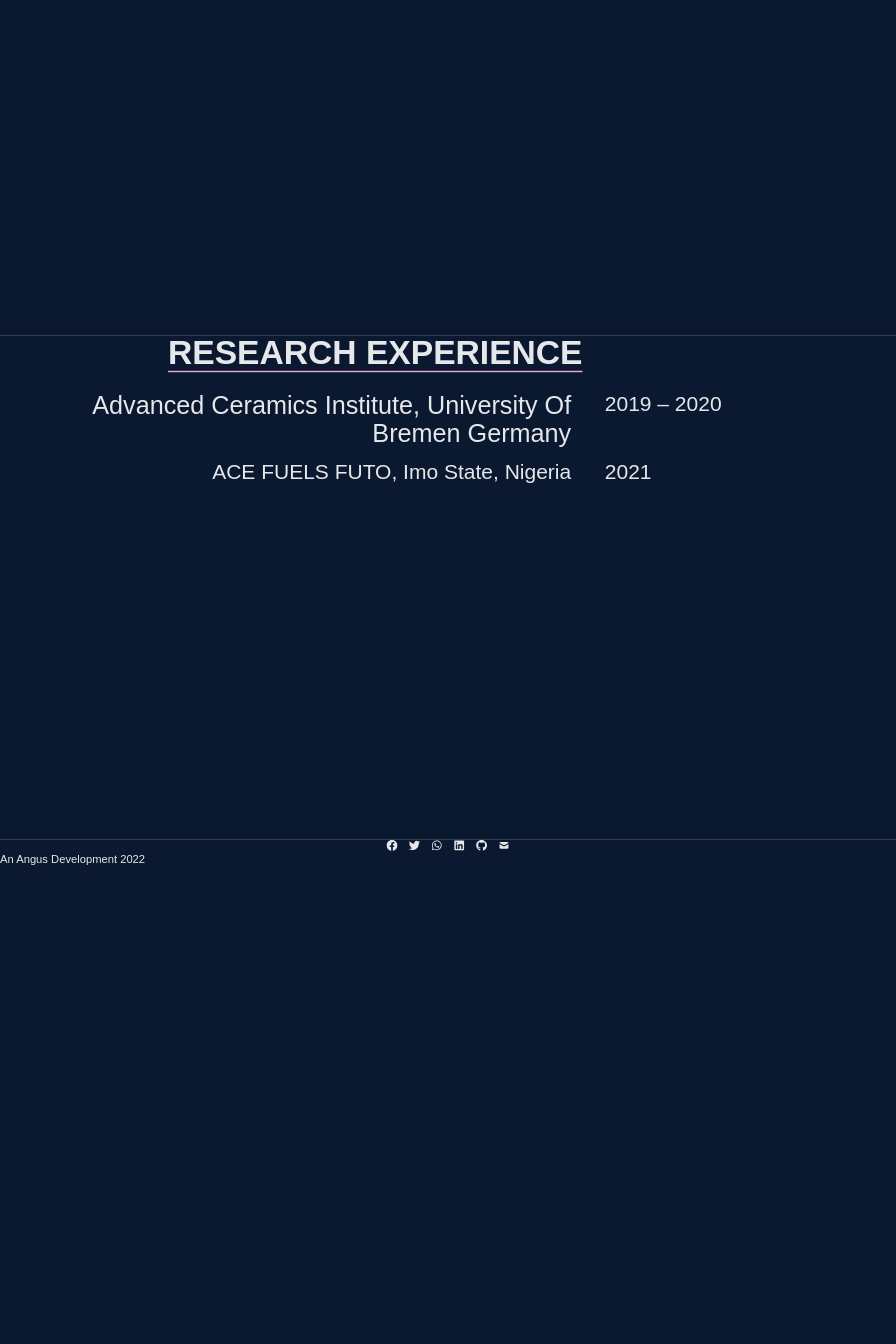
Repository: AngusOnyebuchi/AngusOnyebuchi.github.io
Page: /
An editor plug-in stored every save of this project. The page is shown before and after the next save, followed by the edit.
The browser window is 1280 px wide. The pictures show the part of the page from y = 1054 to 2974 px (the page is 2974 px tall), at 70% of full size.
The project was rebuilt for these pictures with package versions that can differ from the ones it lists, and the page was loaded fresh each time.

Above is the page before, as saved 2022-04-17 20:43:13.

### public/index.html
<!DOCTYPE html>
<html lang="en">
  <head>
    <meta charset="utf-8" />
    <link rel="icon" href="%PUBLIC_URL%/favicon.ico" />
    <meta name="viewport" content="width=device-width, initial-scale=1" />
    <meta name="theme-color" content="#000000" />
    <meta
      name="description"
      content="Web site created using create-react-app"
    />
    <link rel="apple-touch-icon" href="%PUBLIC_URL%/logo192.png" />
    <!--
      manifest.json provides metadata used when your web app is installed on a
      user's mobile device or desktop. See https://developers.google.com/web/fundamentals/web-app-manifest/
    -->
    <link rel="manifest" href="%PUBLIC_URL%/manifest.json" />
    <!--
      Notice the use of %PUBLIC_URL% in the tags above.
      It will be replaced with the URL of the `public` folder during the build.
      Only files inside the `public` folder can be referenced from the HTML.

      Unlike "/favicon.ico" or "favicon.ico", "%PUBLIC_URL%/favicon.ico" will
      work correctly both with client-side routing and a non-root public URL.
      Learn how to configure a non-root public URL by running `npm run build`.
    -->
    <title>Angus CV </title>
  </head>
  <body>
    <noscript>You need to enable JavaScript to run this app.</noscript>
    <div id="root"></div>
    <!--
      This HTML file is a template.
      If you open it directly in the browser, you will see an empty page.

      You can add webfonts, meta tags, or analytics to this file.
      The build step will place the bundled scripts into the <body> tag.

      To begin the development, run `npm start` or `yarn start`.
      To create a production bundle, use `npm run build` or `yarn build`.
    -->
  </body>
</html>

### src/index.js
import React from "react";
import ReactDOM from "react-dom";
import "./style.css"
import App from "./App";

ReactDOM.render(<App/>, document.getElementById("root"))

### src/style.css
@tailwind base;
@tailwind components;
@tailwind utilities;

@layer base {
    body{
        @apply font-[Sans-serif];
    }
    li {
        @apply px-4;
        @apply cursor-pointer;
    }
}

### src/App.js
import React from "react";
import Home from "./components/Home"
import Education from "./components/Education";
import Experience from "./components/Experience";
import NavBar from "./components/NavBar";
import Contact from "./components/Contact";


export default function App() {
  return (
    <div>
      <NavBar/>
      <Home/>
      <Education/>
      <Experience/>
      <Contact/>
    </div>
  )
}

### src/components/Home.js
import React from "react";
import {FaWhatsapp, FaLocationArrow, FaSearchLocation} from "react-icons/fa"
import {HiOutlineMail} from "react-icons/hi"

export default function Home() {
    return (
        <div className="w-full h-screen p-4 bg-[#0a192f] text-gray-200">
            <h1 className="text-4xl md:text-6xl font-bold uppercase pt-24 text-center text-gray-50">Maduabuchi Angus Modum</h1>
            <h3 className="text-xl md:text-3xl font-bold uppercase pt-8 text-center">Chemist  |  Frontend Developer  |  Graphics Designer</h3>
            <p className="font-bold text-center justify-center text-lg md:text-xl max-w-[1200px] mx-12 mt-4">I strive to be the best, obtain hands-on-deck skills,
                to work tirelessly towards the growth, development and success of the organization and to make sure my impact
                as a professional is felt positively in the day to day activities of the organization.</p>

        </div>
    )
}

### src/components/Education.js
import React from "react";

export default function Education() {
    return(
        <div className="bg-[#0a192f] w-full h-screen text-gray-200">
            <h1 className="text-3xl md:text-5xl font-bold uppercase pt-24 text-center text-gray-200 inline border-b-2 border-pink-300 ml-24 sm:ml-64">Education</h1>
            <div className="grid grid-cols-3 gap-12 mx-16 pt-8 ">
                <h3 className="capitalize text-xl md:text-4xl text-right col-span-2">Federal university of technology owerri, Imo state</h3>
                <h4 className="text-lg md:text-3xl ">2015 – 2021</h4>
            </div>
            <div className="grid grid-cols-3 gap-12 mx-16 pt-4">
                <h3 className="capitalize text-xl md:text-4xl text-right col-span-2">Bachelor of Science (BSc.) in Chemistry</h3>
                <h4 className="text-lg md:text-3xl ">First Class (Honours)</h4>
            </div>
        </div>
    )
}

### src/components/Experience.js
import React from "react";

export default function Experience() {
    return(
        <div className="bg-[#0a192f] w-full h-screen text-gray-200">
            <h1 className="text-3xl md:text-5xl font-bold uppercase pt-24 text-center text-gray-200 inline border-b-2 border-pink-300 ml-12 sm:ml-60">research experience</h1>
            <div className="grid grid-cols-3 gap-12 mx-16 pt-8 ">
                <h3 className="capitalize text-xl md:text-4xl text-right col-span-2">Advanced Ceramics Institute, University of Bremen Germany</h3>
                <h4 className="text-lg md:text-3xl ">2019 – 2020</h4>
            </div>
            <div className="grid grid-cols-3 gap-12 mx-16 pt-4">
                <h3 className="capitalize text-xl md:text-3xl text-right col-span-2">ACE FUELS FUTO, Imo state, Nigeria</h3>
                <h4 className="text-lg md:text-3xl ">2021</h4>
            </div>
        </div>
    )
}

### src/components/NavBar.js
import React, {useState} from "react";
import {FaTimes, FaBars} from "react-icons/fa"

export default function NavBar() {

    const [nav, setNav] = useState(true)
    const toggle = () => setNav(!nav)

    return(
        <div className="bg-[#0a192f] text-white w-full p-8 flex justify-between items-center border-b-2 border-pink-300">
            <h1 className="uppercase text-lg">Angus CV</h1>

            <ul className=" hidden sm:flex justify-between">
                <li className="hover:border-b-2 border-pink-300 ">Home</li>
                <li className="hover:border-b-2 border-pink-300 ">Education</li>
                <li className="hover:border-b-2 border-pink-300 ">Experience</li>
                <li className="hover:border-b-2 border-pink-300 ">Footer</li>
            </ul>

            {/** Mobile list */}
            <div onClick={toggle} className="sm:hidden z-10">
                {nav ? <FaBars/> : <FaTimes/>}
            </div>
            <ul className={nav ? 'hidden' : 'absolute top-0 left-0 w-full h-screen bg-inherit flex flex-col justify-center items-center my-8 sm:hidden'}>
                    <li>Home</li>
                    <li>Education</li>
                    <li>Experience</li>
                    <li>Footer</li>
            </ul>
        </div>
    )
}

### src/components/Contact.js
import React from "react";
import {FaWhatsapp, FaLinkedin, FaTwitter, FaFacebook, FaGithub} from "react-icons/fa"
import {HiMail} from "react-icons/hi"

export default function Contact() {
    return(
        <div className="bg-[#0a192f] w-full h-screen text-gray-200">

            <div className="flex justify-center gap-4">
                <FaFacebook/>
                <FaTwitter/>
                <FaWhatsapp/>
                <FaLinkedin/>
                <FaGithub/>
                <HiMail/>
            </div>
            <p>An Angus Development 2022</p>
        </div>
    )
}

Loaded but not shown: tailwind.config.js (common file)

After the next save:
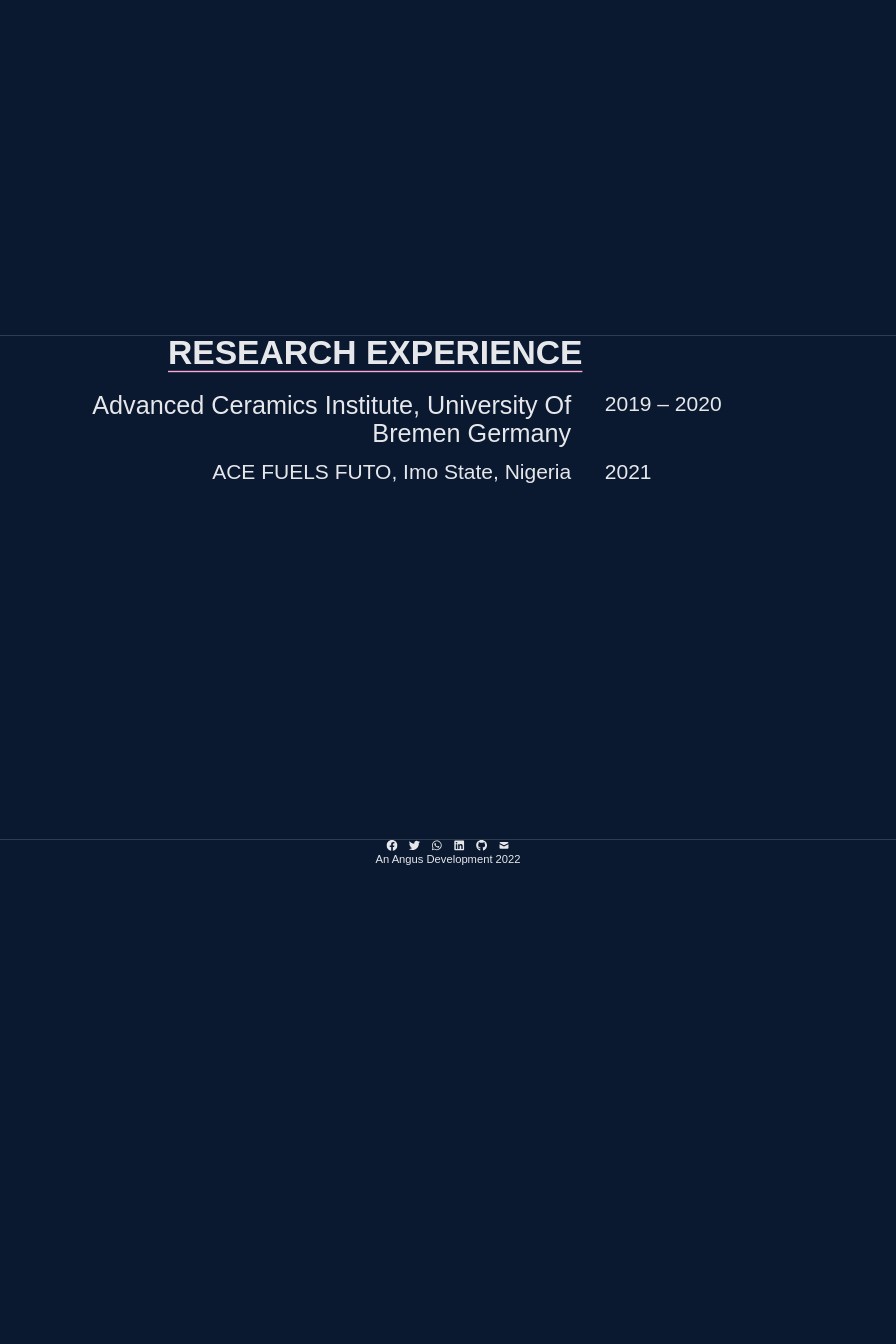
Saved 26 s later.
--- a/src/components/Contact.js
+++ b/src/components/Contact.js
@@ -14,7 +14,7 @@ export default function Contact() {
                 <FaGithub/>
                 <HiMail/>
             </div>
-            <p>An Angus Development 2022</p>
+            <p className="text-center">An Angus Development 2022</p>
         </div>
     )
 }
